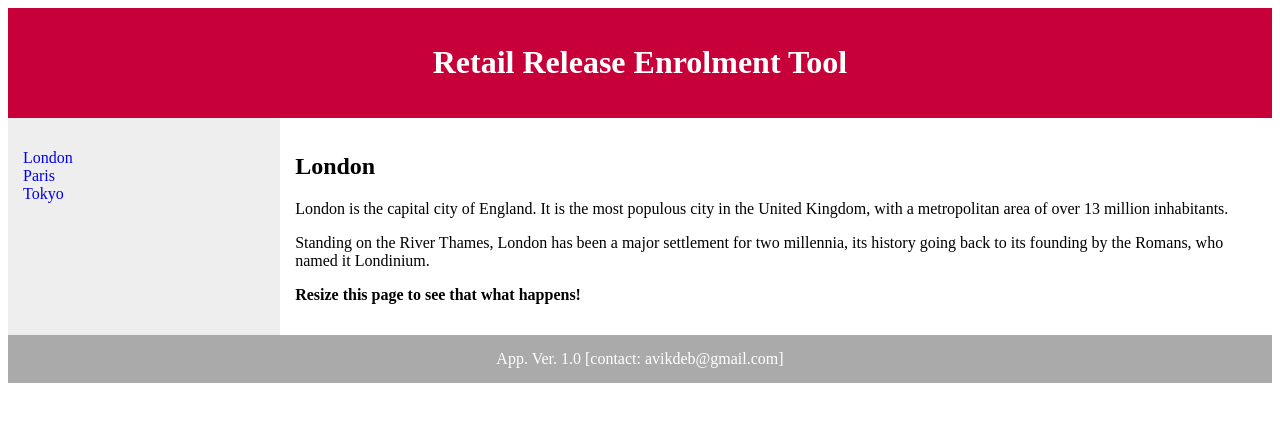
Repository: guribrar/enrolmentapp
Page: http://localhost/enrolmentapp/testlogin.jsp
The author's editor kept a copy of each file at every save. The page is drawn from the files as they stood at one save, then again after the next save.
The browser window is 1280 px wide. The pictures show the whole page.
The page is served by Tomcat 9.

Above is the page before, as saved 2016-12-31 14:37:21.

After the next save:
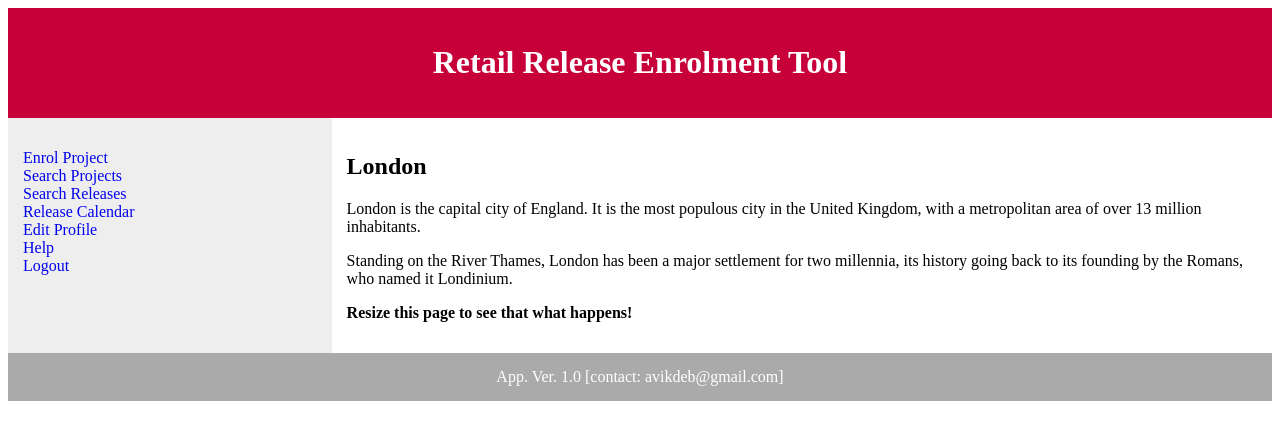
Saved 3 min 27 s later.
--- a/enrolmentapp/WebContent/testlogin.jsp
+++ b/enrolmentapp/WebContent/testlogin.jsp
@@ -54,9 +54,13 @@ footer {background: #aaa;color:white;}
 
 <nav class="nav">
 <ul>
-  <li><a href="#">London</a></li>
-  <li><a href="#">Paris</a></li>
-  <li><a href="#">Tokyo</a></li>
+  <li><a href="#">Enrol Project</a></li>
+  <li><a href="#">Search Projects</a></li>
+  <li><a href="#">Search Releases</a></li>
+  <li><a href="#">Release Calendar</a></li>
+  <li><a href="#">Edit Profile</a></li>
+  <li><a href="#">Help</a></li>
+  <li><a href="#">Logout</a></li>
 </ul>
 </nav>
 
